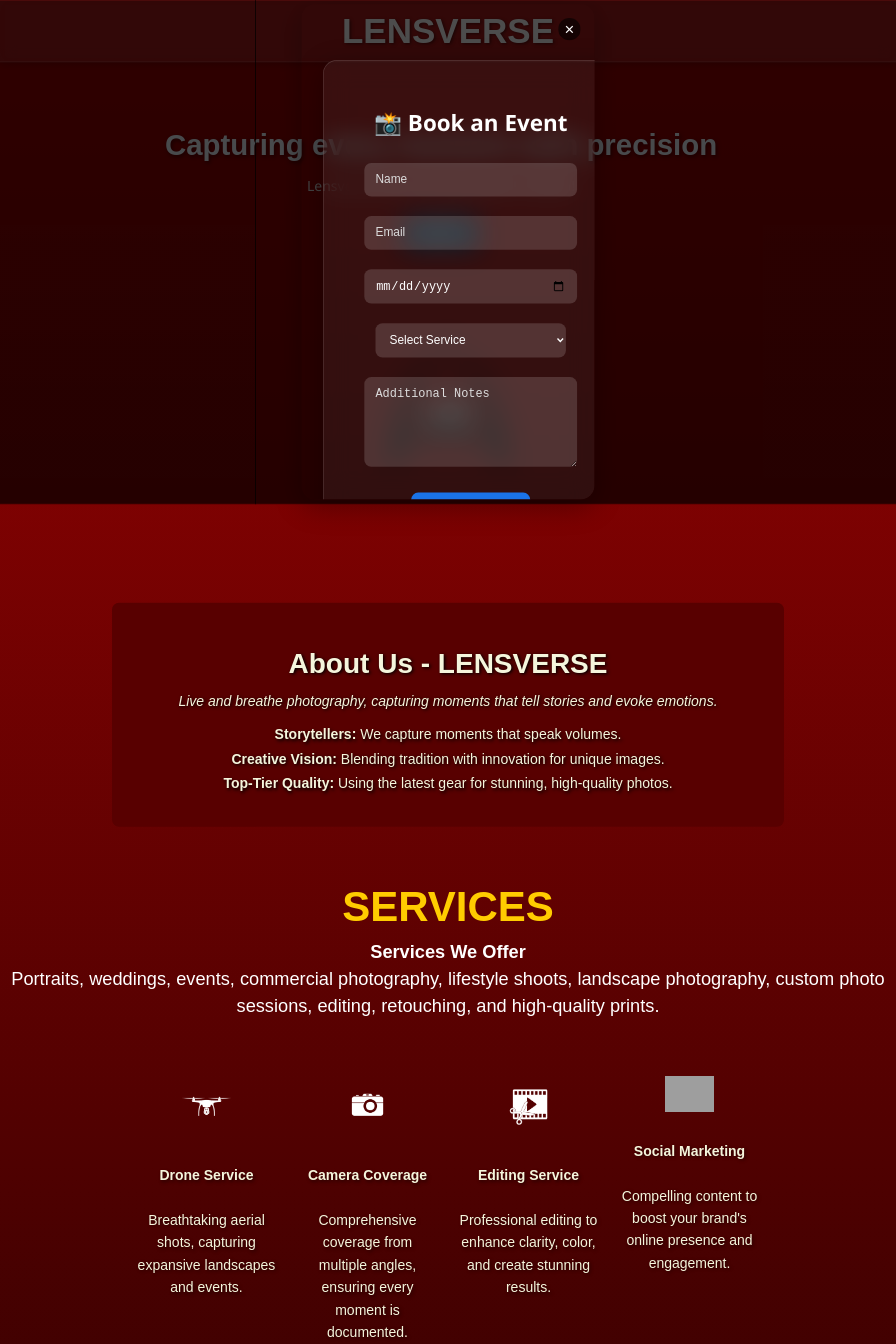
Repository: adithyakiran47/lensverse-frontend
Page: / (app in frontend/), after clicking the first element matching `button`
The author's editor kept a copy of each file at every save. The page is drawn from the files as they stood at one save, then again after the next save.
The browser window is 1280 px wide. The pictures show the part of the page from y = 0 to 1920 px (the page is 3283 px tall), at 70% of full size.
Pictures or frames that could not be fetched are drawn as grey boxes. An inner scrolling area shows only its first screen. The project was rebuilt for these pictures with package versions that can differ from the ones it lists, and the page was loaded fresh each time.

Above is the page before, as saved 2025-06-20 21:56:43.

After the next save:
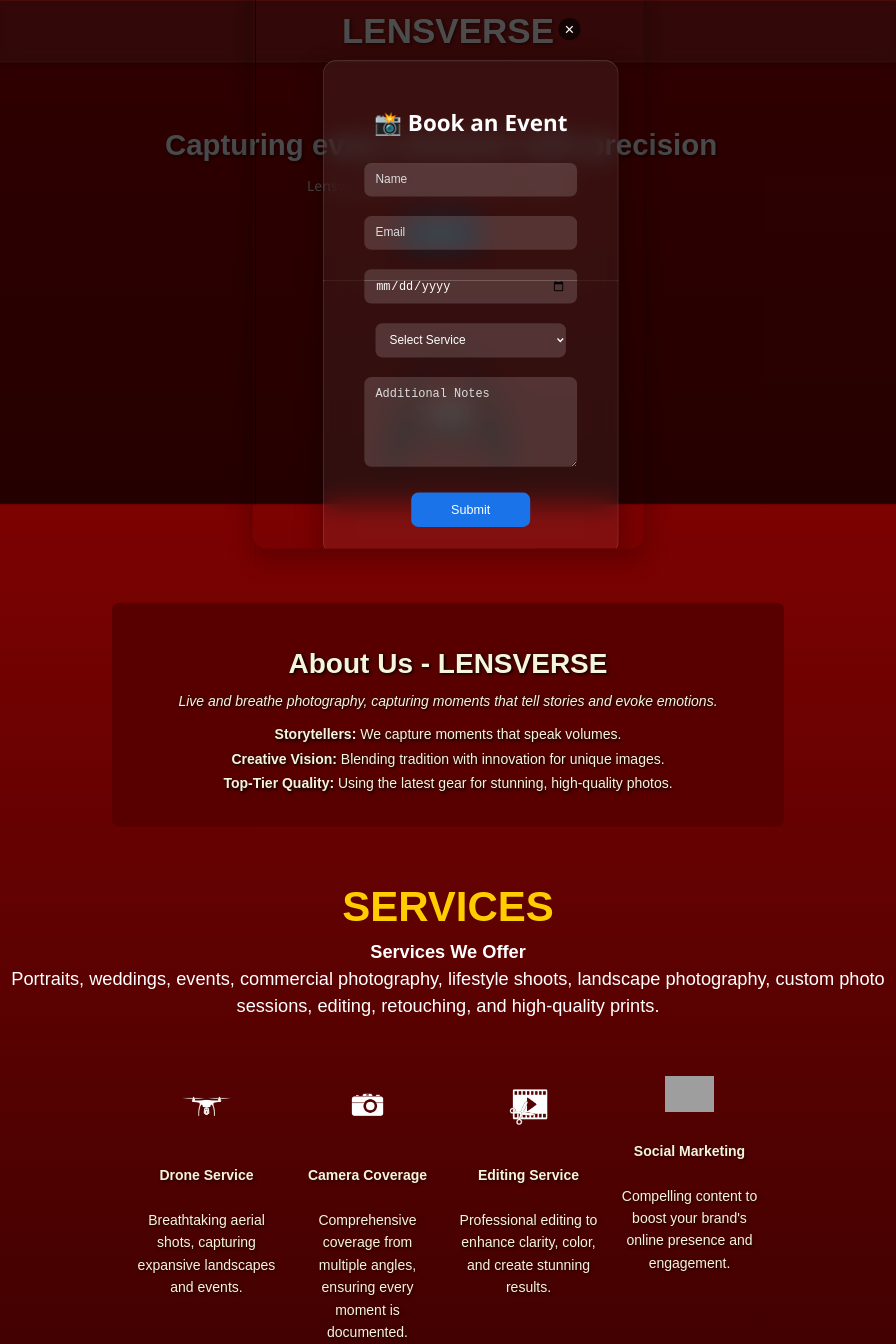
Saved 29 s later.
--- a/frontend/src/App.css
+++ b/frontend/src/App.css
@@ -141,7 +141,7 @@
   max-height: 90vh;         /* ✅ fit within screen height */
   overflow-y: auto;         /* ✅ vertical scroll only */
   overflow-x: hidden;       /* ❌ disable horizontal scroll */
-  padding: 30px;
+  padding: 100px;
   border-radius: 20px;
   background: transparent;  /* or glass style */
   box-shadow: 0 10px 40px rgba(0, 0, 0, 0.3);
